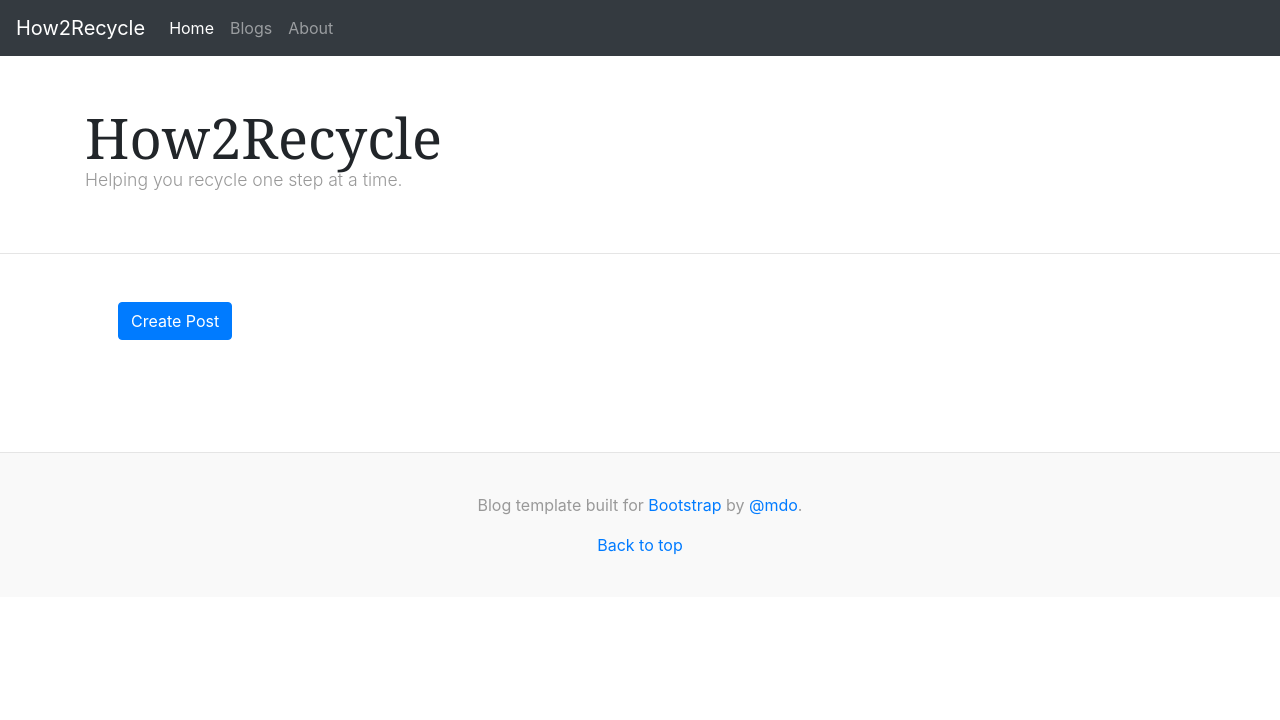
Repository: AshokSasi/CopyNPasta-Recycle-App
Page: http://localhost/posts/index
These files come from the project's save history. The page is drawn as it stood at one moment and after the next save; the edit follows.
The browser window is 1280 px wide. The pictures show the whole page.
The page is served by the project's Laravel application, run on PHP 8.4 with Laravel 8. Other server files are loaded and not shown. Queries for data that is not in the repository find no rows.

Above is the page before, as saved 2021-09-25 15:23:43.

### routes/web.php
<?php


Route::get('/','ItemsController@index');

Route::get('/home/{item}','ItemsController@show');

Route::get('/posts/index','PostsController@index');

Route::get('/posts/create','PostsController@create');

Route::post('/posts','PostsController@store');


Route::get('/posts/{post}','PostsController@show');

Route::post('/posts/{post}/comments','CommentsController@store');

### app/Http/Controllers/PostsController.php
<?php

namespace App\Http\Controllers;

use Illuminate\Http\Request;

use App\Post;

class PostsController extends Controller
{
    public function index()
    {
        $posts = Post::latest()->get();

        return view('posts.index',compact('posts'));
    }

    public function show(Post $post)
    {

        return view('posts.show',compact('post'));
    }

    public function create()
    {
        return view('posts.create');
    }

    public function store()
    {


        //Validate requires data
        $this->validate(request(),[
            'title' => 'required',
            'body' => 'required'
        ]);

        //create
        Post::create(request(['title','body']));

        //And redirect to home page
        return redirect('/posts/index');
    }
}

### app/Post.php
<?php

namespace App;


class Post extends Model
{
    public function comments()
    {
        return $this->hasMany(Comment::class);


    }

    public function addComment($body)
    {

       //add a comment to a post
        $this->comments()->create(compact('body'));

    }


}

### app/Model.php
<?php

namespace App;

use Illuminate\Database\Eloquent\Model as Eloquent;

class Model extends Eloquent
{

    protected $guarded = [];
}

### resources/views/posts/index.blade.php
@extends('layouts.master')

@section('content')



        <div class="col-md-8 blog-main">

          <div class="mb-3">
            <form action="/posts/create">
              <button type="submit" class="btn btn-primary" >Create Post</button>
            </form>
          </div>





          @foreach ($posts as $post)

             @include('posts.post')

          @endforeach


          <nav class="blog-pagination">

          </nav>

        </div><!-- /.blog-main -->



      <!-- /.row -->

   <!-- /.container -->



@endsection

### resources/views/layouts/master.blade.php

<!doctype html>
<html lang="en">
  <head>
    <meta charset="utf-8">
    <meta name="viewport" content="width=device-width, initial-scale=1, shrink-to-fit=no">
    <meta name="description" content="">
    <meta name="author" content="">
    <link rel="icon" href="/docs/4.0/assets/img/favicons/favicon.ico">

    <title>The Bootstrap Blog</title>

    <link rel="canonical" href="https://getbootstrap.com/docs/4.0/examples/album/">

    <!-- Bootstrap core CSS -->
    <link rel="stylesheet" href="https://maxcdn.bootstrapcdn.com/bootstrap/4.0.0/css/bootstrap.min.css"
    integrity="sha384-Gn5384xqQ1aoWXA+058RXPxPg6fy4IWvTNh0E263XmFcJlSAwiGgFAW/dAiS6JXm" crossorigin="anonymous">

    <!-- Custom styles for this template -->
    <link href="/css/app.css" rel="stylesheet">
  </head>

  <body>

    <header>


    @include('layouts.nav')


    </header>

<div class="container p-3 p-md-5">
  <div class="row">
    @yield('content')

  </div>

</div>
@include('layouts.footer')

    <!-- Bootstrap core JavaScript
    ================================================== -->
    <!-- Placed at the end of the document so the pages load faster -->

  </body>
</html>

### resources/views/layouts/nav.blade.php
<nav class="navbar navbar-expand-lg navbar-dark bg-dark">
  <a class="navbar-brand" href="/">How2Recycle</a>
  <button class="navbar-toggler" type="button" data-toggle="collapse" data-target="#navbarSupportedContent" aria-controls="navbarSupportedContent" aria-expanded="false" aria-label="Toggle navigation">
    <span class="navbar-toggler-icon"></span>
  </button>

  <div class="collapse navbar-collapse" id="navbarSupportedContent">
    <ul class="navbar-nav mr-auto">
      <li class="nav-item active">
        <a class="nav-link" href="/">Home <span class="sr-only">(current)</span></a>
      </li>
      <li class="nav-item">
        <a class="nav-link" href="/posts/index">Blogs</a>
      </li>
      <li class="nav-item">
        <a class="nav-link" href="#">About</a>
      </li>


    </ul>

  </div>
</nav>

<div class="blog-header p-3 p-md-5">
  <div class="container">
    <h1 class="blog-title">How2Recycle</h1>
    <p class="lead blog-description">Helping you recycle one step at a time.</p>
  </div>
</div>

### resources/views/layouts/footer.blade.php
<footer class="blog-footer">
  <p>Blog template built for <a href="https://getbootstrap.com/">Bootstrap</a> by <a href="https://twitter.com/mdo">@mdo</a>.</p>
  <p>
    <a href="#">Back to top</a>
  </p>
</footer>

### public/css/app.css
/* stylelint-disable selector-list-comma-newline-after */

.blog-header {
    line-height: 1;
    border-bottom: 1px solid #e5e5e5;
  }

  .blog-header-logo {
    font-family: "Playfair Display", Georgia, "Times New Roman", serif;
    font-size: 2.25rem;
  }

  .blog-header-logo:hover {
    text-decoration: none;
  }

  h1,
  h2,
  h3,
  h4,
  h5,
  h6 {
    font-family: "Playfair Display", Georgia, "Times New Roman", serif;
  }

  .display-4 {
    font-size: 2.5rem;
  }

  @media (min-width: 768px) {
    .display-4 {
      font-size: 3rem;
    }
  }

  .nav-scroller {
    position: relative;
    z-index: 2;
    height: 2.75rem;
    overflow-y: hidden;
  }

  .nav-scroller .nav {
    display: -webkit-box;
    display: -ms-flexbox;
    display: flex;
    -ms-flex-wrap: nowrap;
    flex-wrap: nowrap;
    padding-bottom: 1rem;
    margin-top: -1px;
    overflow-x: auto;
    text-align: center;
    white-space: nowrap;
    -webkit-overflow-scrolling: touch;
  }

  .nav-scroller .nav-link {
    padding-top: .75rem;
    padding-bottom: .75rem;
    font-size: .875rem;
  }

  .card-img-right {
    height: 100%;
    border-radius: 0 3px 3px 0;
  }

  .flex-auto {
    -ms-flex: 0 0 auto;
    -webkit-box-flex: 0;
    flex: 0 0 auto;
  }

  .h-250 {
    height: 250px;
  }

  @media (min-width: 768px) {
    .h-md-250 {
      height: 250px;
    }
  }

  .border-top {
    border-top: 1px solid #e5e5e5;
  }

  .border-bottom {
    border-bottom: 1px solid #e5e5e5;
  }

  .box-shadow {
    -webkit-box-shadow: 0 0.25rem 0.75rem rgba(0, 0, 0, 0.05);
            box-shadow: 0 0.25rem 0.75rem rgba(0, 0, 0, 0.05);
  }

  /*
     * Blog name and description
     */

  .blog-title {
    margin-bottom: 0;
    font-size: 2rem;
    font-weight: 400;
  }

  .blog-description {
    font-size: 1.1rem;
    color: #999;
  }

  @media (min-width: 40em) {
    .blog-title {
      font-size: 3.5rem;
    }
  }

  /* Pagination */

  .blog-pagination {
    margin-bottom: 4rem;
  }

  .blog-pagination > .btn {
    border-radius: 2rem;
  }

  /*
     * Blog posts
     */

  .blog-post {
    margin-bottom: 4rem;
  }

  .blog-post-title {
    margin-bottom: .25rem;
    font-size: 2.5rem;
  }

  .blog-post-meta {
    margin-bottom: 1.25rem;
    color: #999;
  }

  /*
     * Footer
     */

  .blog-footer {
    padding: 2.5rem 0;
    color: #999;
    text-align: center;
    background-color: #f9f9f9;
    border-top: .05rem solid #e5e5e5;
  }

  .blog-footer p:last-child {
    margin-bottom: 0;
  }

/* stylelint-disable selector-list-comma-newline-after */

.blog-header {
    line-height: 1;
    border-bottom: 1px solid #e5e5e5;
  }

  .blog-header-logo {
    font-family: "Playfair Display", Georgia, "Times New Roman", serif;
    font-size: 2.25rem;
  }

  .blog-header-logo:hover {
    text-decoration: none;
  }

  h1,
  h2,
  h3,
  h4,
  h5,
  h6 {
    font-family: "Playfair Display", Georgia, "Times New Roman", serif;
  }

  .display-4 {
    font-size: 2.5rem;
  }

  @media (min-width: 768px) {
    .display-4 {
      font-size: 3rem;
    }
  }

  .nav-scroller {
    position: relative;
    z-index: 2;
    height: 2.75rem;
    overflow-y: hidden;
  }

  .nav-scroller .nav {
    display: -webkit-box;
    display: -ms-flexbox;
    display: flex;
    -ms-flex-wrap: nowrap;
    flex-wrap: nowrap;
    padding-bottom: 1rem;
    margin-top: -1px;
    overflow-x: auto;
    text-align: center;
    white-space: nowrap;
    -webkit-overflow-scrolling: touch;
  }

  .nav-scroller .nav-link {
    padding-top: .75rem;
    padding-bottom: .75rem;
    font-size: .875rem;
  }

  .card-img-right {
    height: 100%;
    border-radius: 0 3px 3px 0;
  }

  .flex-auto {
    -ms-flex: 0 0 auto;
    -webkit-box-flex: 0;
    flex: 0 0 auto;
  }

  .h-250 {
    height: 250px;
  }

  @media (min-width: 768px) {
    .h-md-250 {
      height: 250px;
    }
  }

  .border-top {
    border-top: 1px solid #e5e5e5;
  }

  .border-bottom {
    border-bottom: 1px solid #e5e5e5;
  }

  .box-shadow {
    -webkit-box-shadow: 0 0.25rem 0.75rem rgba(0, 0, 0, 0.05);
            box-shadow: 0 0.25rem 0.75rem rgba(0, 0, 0, 0.05);
  }

  /*
     * Blog name and description
     */

  .blog-title {
    margin-bottom: 0;
    font-size: 2rem;
    font-weight: 400;
  }

  .blog-description {
    font-size: 1.1rem;
    color: #999;
  }

  @media (min-width: 40em) {
    .blog-title {
      font-size: 3.5rem;
    }
  }

  /* Pagination */

  .blog-pagination {
    margin-bottom: 4rem;
  }

  .blog-pagination > .btn {
    border-radius: 2rem;
  }

  /*
     * Blog posts
     */

  .blog-post {
    margin-bottom: 4rem;
  }

  .blog-post-title {
    margin-bottom: .25rem;
    font-size: 2.5rem;
  }

  .blog-post-meta {
    margin-bottom: 1.25rem;
    color: #999;
  }

  /*
     * Footer
     */

  .blog-footer {
    padding: 2.5rem 0;
    color: #999;
    text-align: center;
    background-color: #f9f9f9;
    border-top: .05rem solid #e5e5e5;
  }

  .blog-footer p:last-child {
    margin-bottom: 0;
  }
  .red-text{
    color:red;
  }

  /* ============================================================================================== */

Loaded but not shown: app/Http/Controllers/Controller.php (common file)

After the next save:
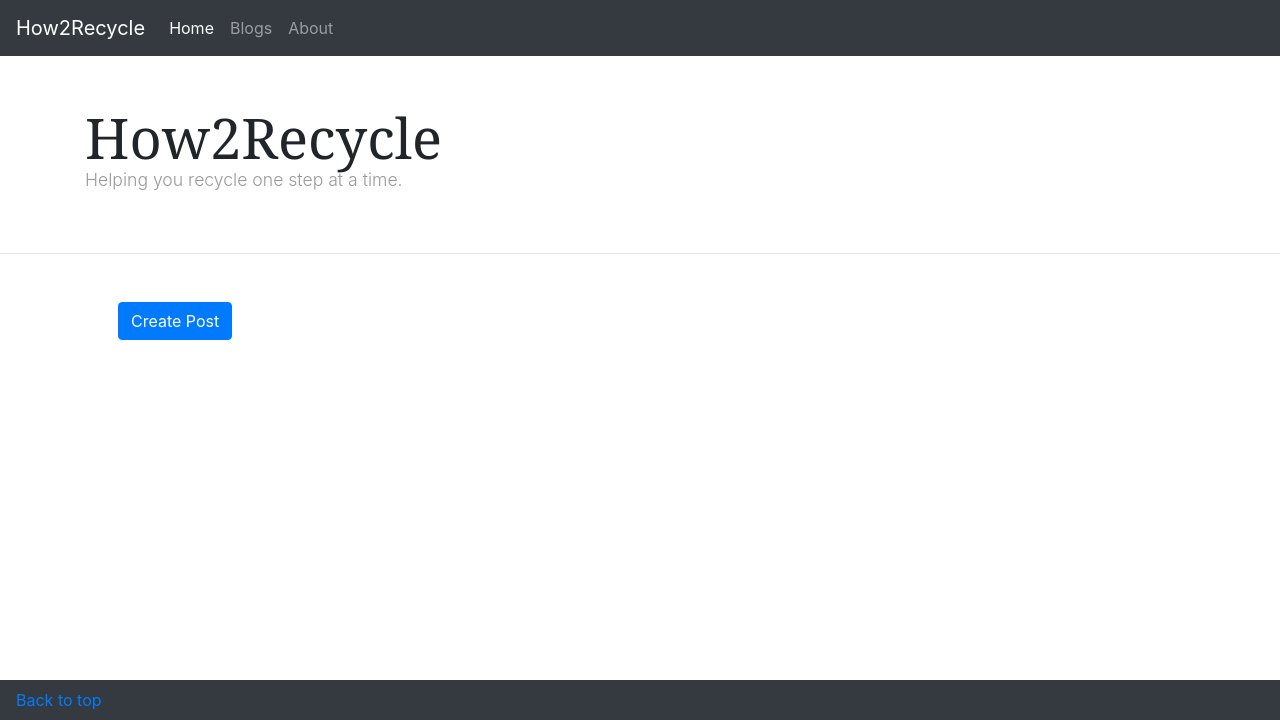
Saved 3 min 14 s later.
--- a/resources/views/layouts/footer.blade.php
+++ b/resources/views/layouts/footer.blade.php
@@ -1,6 +1,4 @@
-<footer class="blog-footer">
-  <p>Blog template built for <a href="https://getbootstrap.com/">Bootstrap</a> by <a href="https://twitter.com/mdo">@mdo</a>.</p>
-  <p>
+<footer class="navbar fixed-bottom navbar-dark bg-dark footer">
     <a href="#">Back to top</a>
   </p>
 </footer>
